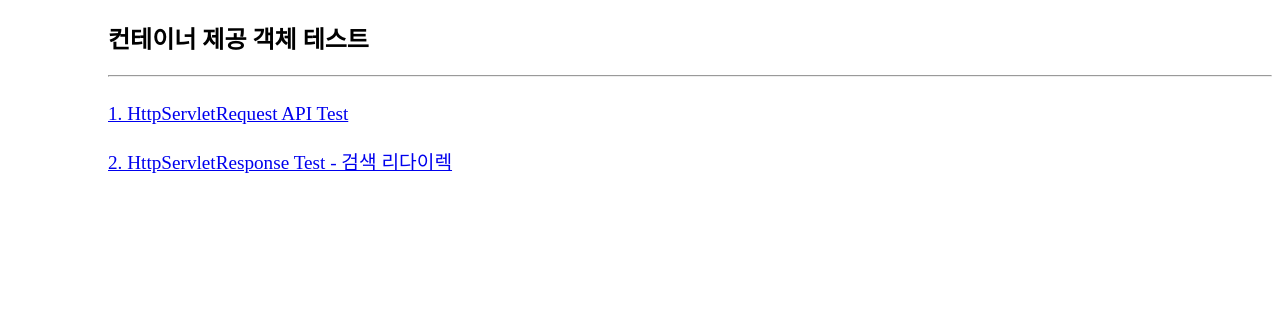
Repository: silla-mclab/web-programming3
Page: wp-lab-04-builtin-objects/WebContent/test_home.html
The author's editor kept a copy of each file at every save. The page is drawn from the files as they stood at one save, then again after the next save.
The browser window is 1280 px wide. The pictures show the whole page.

Above is the page before, as saved 2020-04-10 07:44:32.

After the next save:
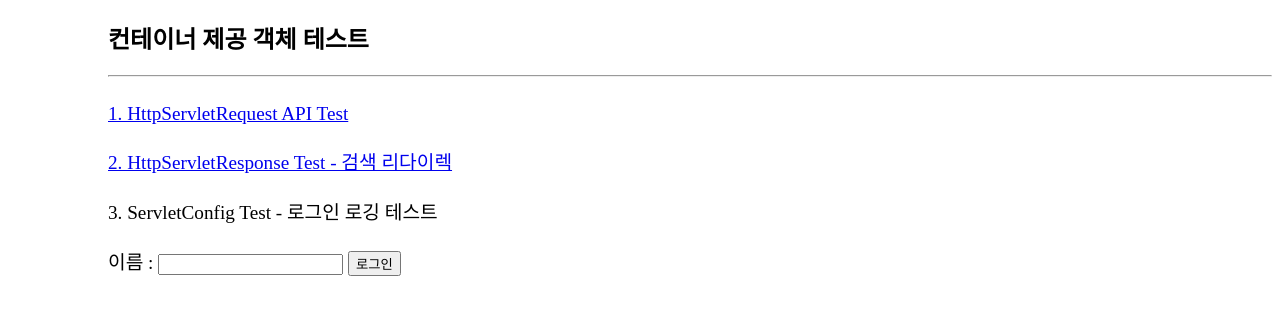
Saved 5 min 53 s later.
--- a/wp-lab-04-builtin-objects/WebContent/test_home.html
+++ b/wp-lab-04-builtin-objects/WebContent/test_home.html
@@ -13,6 +13,13 @@
 			<a href="request_test.do?userid=gdhong&name=홍길동">1. HttpServletRequest API Test</a>
 			<br><br>
 			<a href="search.do">2. HttpServletResponse Test - 검색 리다이렉</a>
+			<br><br>
+			3. ServletConfig Test - 로그인 로깅 테스트<br><br>
+			<form action="login.do" method="POST">
+				이름 : <input type="text" name="name" />
+				<input type="submit" value="로그인" />
+			</form>
+			<br><br>
 		</div>
 	</article>
 </body>
